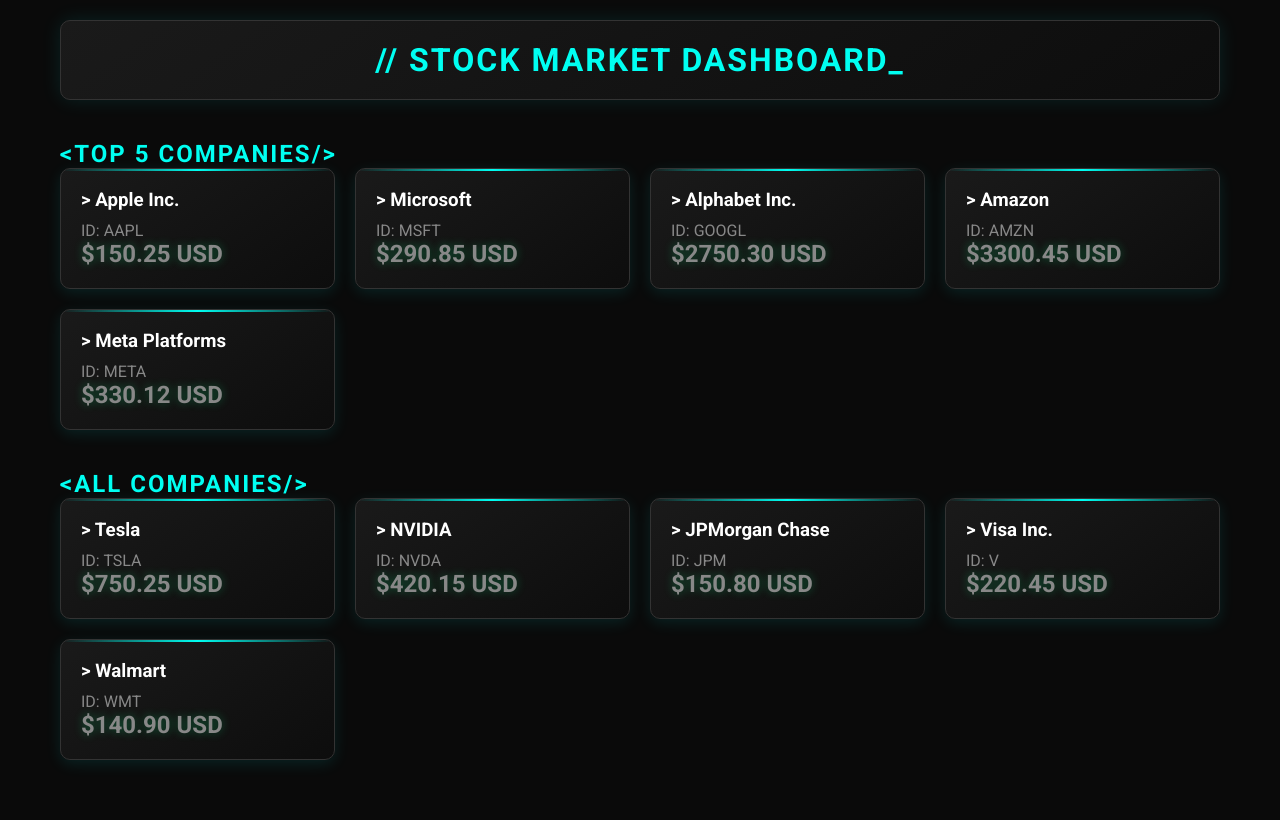
Repository: pvm-cell/Googledev
Page: index.html
These files come from the project's save history. The page is drawn as it stood at one moment and after the next save; the edit follows.
The browser window is 1280 px wide. The pictures show the whole page.

Above is the page before, as saved 2025-03-18 10:54:26.
Console error: ReferenceError: sampleNews is not defined

### index.html
<!DOCTYPE html>
<html lang="en">
<head>
    <meta charset="UTF-8">
    <meta name="viewport" content="width=device-width, initial-scale=1.0">
    <title>Stock Market Dashboard</title>
    <link rel="stylesheet" href="styles.css">
    <link href="https://fonts.googleapis.com/css2?family=Roboto:wght@300;400;500;700&display=swap" rel="stylesheet">
</head>
<body>
    <div class="container">
        <header>
            <h1>// Stock Market Dashboard_</h1>
        </header>

        <section class="top-companies">
            <h2>&lt;Top 5 Companies/&gt;</h2>
            <div class="companies-grid" id="topCompanies"></div>
        </section>

        <section class="all-companies">
            <h2>&lt;All Companies/&gt;</h2>
            <div class="companies-grid" id="allCompanies"></div>
        </section>
    </div>

    <!-- News Modal -->
    <div id="newsModal" class="modal">
        <div class="modal-content">
            <span class="close">&times;</span>
            <h2 id="modalCompanyName"></h2>
            <div id="newsContent"></div>
        </div>
    </div>

    <script src="script.js"></script>
</body>
</html>

### styles.css
* {
    margin: 0;
    padding: 0;
    box-sizing: border-box;
    font-family: 'Roboto', sans-serif;
}

body {
    background-color: #0a0a0a;
    color: #fff;
}

.container {
    max-width: 1200px;
    margin: 0 auto;
    padding: 20px;
}

header {
    text-align: center;
    margin-bottom: 40px;
    background: linear-gradient(145deg, #1a1a1a, #0d0d0d);
    padding: 20px;
    border-radius: 10px;
    border: 1px solid #333;
    box-shadow: 0 0 20px rgba(0, 255, 255, 0.1);
}

h1, h2 {
    color: #00fff2;
    text-transform: uppercase;
    letter-spacing: 2px;
}

.companies-grid {
    display: grid;
    grid-template-columns: repeat(auto-fit, minmax(250px, 1fr));
    gap: 20px;
    margin-bottom: 40px;
}

.company-card {
    background: linear-gradient(145deg, #1a1a1a, #0d0d0d);
    border-radius: 10px;
    padding: 20px;
    box-shadow: 0 4px 15px rgba(0, 255, 255, 0.1);
    cursor: pointer;
    transition: all 0.3s ease;
    border: 1px solid #333;
    position: relative;
    overflow: hidden;
}

.company-card::before {
    content: '';
    position: absolute;
    top: 0;
    left: 0;
    width: 100%;
    height: 2px;
    background: linear-gradient(90deg, transparent, #00fff2, transparent);
    animation: scan 2s linear infinite;
}

@keyframes scan {
    0% {
        transform: translateX(-100%);
    }
    100% {
        transform: translateX(100%);
    }
}

.company-card:hover {
    transform: translateY(-5px);
    box-shadow: 0 8px 25px rgba(0, 255, 255, 0.2);
    border-color: #00fff2;
}

.company-card h3 {
    margin-bottom: 10px;
    color: #fff;
}

.company-card p {
    color: #888;
}

.stock-price {
    font-size: 1.5em;
    color: #00ff88;
    font-weight: bold;
    text-shadow: 0 0 10px rgba(0, 255, 136, 0.3);
}

.modal {
    display: none;
    position: fixed;
    top: 0;
    left: 0;
    width: 100%;
    height: 100%;
    background-color: rgba(0, 0, 0, 0.9);
    backdrop-filter: blur(5px);
}

.modal-content {
    background: linear-gradient(145deg, #1a1a1a, #0d0d0d);
    margin: 15% auto;
    padding: 20px;
    border-radius: 10px;
    width: 80%;
    max-width: 800px;
    position: relative;
    border: 1px solid #333;
    box-shadow: 0 0 30px rgba(0, 255, 255, 0.1);
}

.close {
    position: absolute;
    right: 20px;
    top: 10px;
    font-size: 28px;
    cursor: pointer;
    color: #00fff2;
    transition: color 0.3s ease;
}

.close:hover {
    color: #ff0055;
}

.news-item {
    margin-bottom: 20px;
    padding: 15px;
    border-bottom: 1px solid #333;
    transition: transform 0.3s ease;
}

.news-item:hover {
    transform: translateX(10px);
    background: rgba(0, 255, 255, 0.05);
}

.news-item h3 {
    margin-bottom: 10px;
    color: #00fff2;
}

.news-item p {
    color: #888;
}

.news-item small {
    color: #666;
}

@media (max-width: 768px) {
    .companies-grid {
        grid-template-columns: 1fr;
    }

    .modal-content {
        width: 95%;
        margin: 10% auto;
    }
}

### script.js
 // Sample company data (replace with actual API data)
const companies = [
    { symbol: 'AAPL', name: 'Apple Inc.', price: 150.25 },
    { symbol: 'MSFT', name: 'Microsoft', price: 290.85 },
    { symbol: 'GOOGL', name: 'Alphabet Inc.', price: 2750.30 },
    { symbol: 'AMZN', name: 'Amazon', price: 3300.45 },
    { symbol: 'META', name: 'Meta Platforms', price: 330.12 },
    { symbol: 'TSLA', name: 'Tesla', price: 750.25 },
    { symbol: 'NVDA', name: 'NVIDIA', price: 420.15 },
    { symbol: 'JPM', name: 'JPMorgan Chase', price: 150.80 },
    { symbol: 'V', name: 'Visa Inc.', price: 220.45 },
    { symbol: 'WMT', name: 'Walmart', price: 140.90 }
];

// Function to create company cards
function createCompanyCard(company) {
    const card = document.createElement('div');
    card.className = 'company-card';
    card.innerHTML = `
        <h3>&gt; ${company.name}</h3>
        <p>ID: ${company.symbol}</p>
        <p class="stock-price">$${company.price.toFixed(2)} USD</p>
    `;
    card.addEventListener('click', () => showCompanyNews(company));
    return card;
}

// Display top 5 companies
function displayTopCompanies() {
    const topCompaniesContainer = document.getElementById('topCompanies');
    companies.slice(0, 5).forEach(company => {
        topCompaniesContainer.appendChild(createCompanyCard(company));
    });
}

// Display all companies
function displayAllCompanies() {
    const allCompaniesContainer = document.getElementById('allCompanies');
    companies.slice(5).forEach(company => {
        allCompaniesContainer.appendChild(createCompanyCard(company));
    });
}

// Modal functionality
const modal = document.getElementById('newsModal');
const closeBtn = document.getElementsByClassName('close')[0];

closeBtn.onclick = function() {
    modal.style.display = "none";
}

window.onclick = function(event) {
    if (event.target == modal) {
        modal.style.display = "none";
    }
}

// Show company news
async function showCompanyNews(company) {
    const modalCompanyName = document.getElementById('modalCompanyName');
    const newsContent = document.getElementById('newsContent');

    modalCompanyName.textContent = `${company.name} News`;
    newsContent.innerHTML = '<p>Loading news...</p>';
    modal.style.display = "block";

    try {
        // Replace with actual API call
        const sampleNews = [
            {
                title: `${company.name} Reports Strong Q2 Earnings`,
                description: 'Lorem ipsum dolor sit amet, consectetur adipiscing elit.',
                date: '2024-03-20'
            },
            {
                title: `${company.name} Announces New Product Launch`,
                description: 'Sed do eiusmod tempor incididunt ut labore et dolore magna aliqua.',
                date: '2024-03-19'
            }
        ];

        newsContent.innerHTML = sampleNews.map(news => `
            <div class="news-item">
                <h3>&gt; ${news.title}</h3>
                <p>${news.description}</p>
                <small>[${news.date}]</small>
            </div>
        `).join('');
    } catch (error) {
        newsContent.innerHTML = '<p>Error loading news. Please try again later.</p>';
    }
}

// Initialize the display
displayTopCompanies();
displayAllCompanies();
// Update the createCompanyCard function
function createCompanyCard(company) {
    const card = document.createElement('div');
    card.className = 'company-card';
    card.innerHTML = `
        <h3>&gt; ${company.name}</h3>
        <p>ID: ${company.symbol}</p>
        <p class="stock-price">$${company.price.toFixed(2)} USD</p>
    `;
    card.addEventListener('click', () => showCompanyNews(company));
    return card;
}

// Update the showCompanyNews function's news template
newsContent.innerHTML = sampleNews.map(news => `
    <div class="news-item">
        <h3>&gt; ${news.title}</h3>
        <p>${news.description}</p>
        <small>[${news.date}]</small>
    </div>
`).join('');

After the next save:
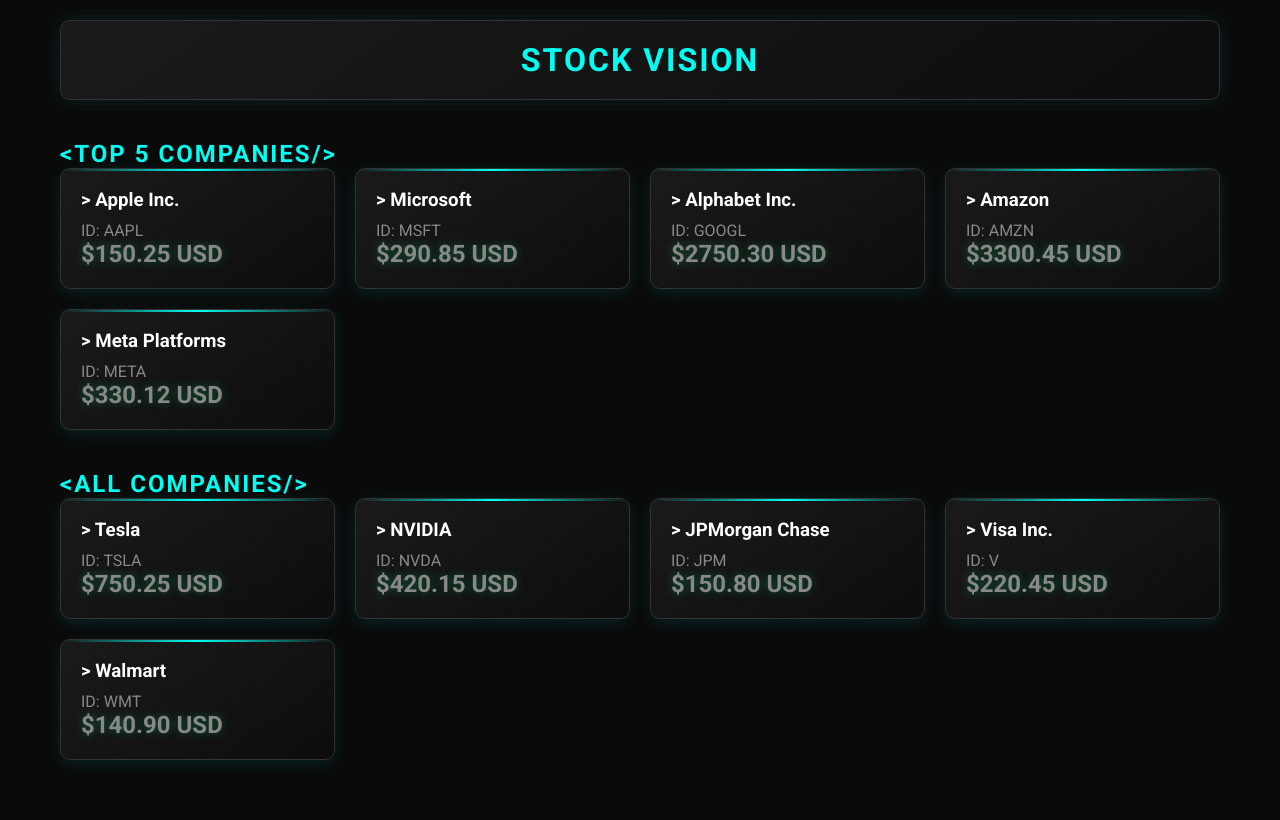
Saved 83 s later.
--- a/index.html
+++ b/index.html
@@ -10,7 +10,7 @@
 <body>
     <div class="container">
         <header>
-            <h1>// Stock Market Dashboard_</h1>
+            <h1>Stock Vision</h1>
         </header>
 
         <section class="top-companies">
